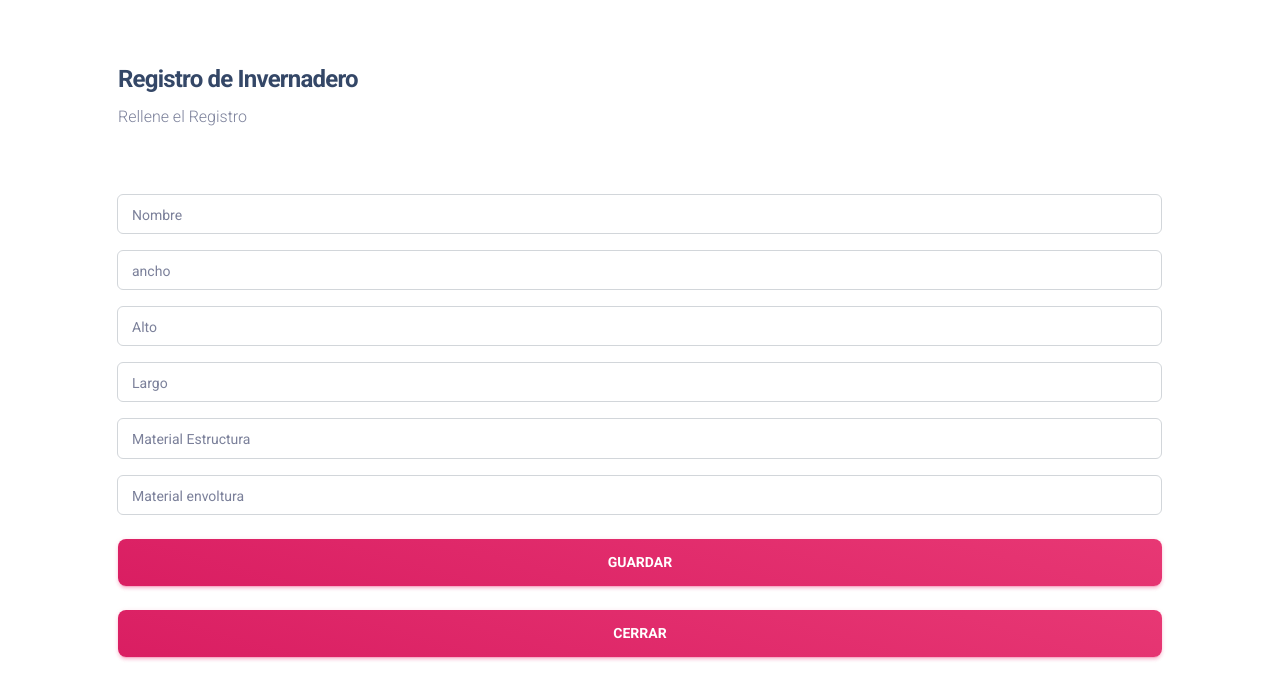
Repository: ValenciaAlmeidaVictor/sistemariego
Page: resources/views/posts/create.blade.php
The author's editor kept a copy of each file at every save. The page is drawn from the files as they stood at one save, then again after the next save.
The browser window is 1280 px wide. The pictures show the whole page.
Some web libraries are served in a nearby version. The page is served by the project's Laravel application, run on PHP 8.4 with Laravel 10. Other server files are loaded and not shown. The template is opened directly, without the code that normally fills it, so the values that code supplies are empty.

Above is the page before, as saved 2023-06-19 20:13:27.

### routes/web.php
<?php

use Illuminate\Support\Facades\Auth;
use Illuminate\Support\Facades\Route;

/*
|--------------------------------------------------------------------------
| Web Routes
|--------------------------------------------------------------------------
|
| Here is where you can register web routes for your application. These
| routes are loaded by the RouteServiceProvider and all of them will
| be assigned to the "web" middleware group. Make something great!
|
*/

Route::get('/', function () {
    return view('welcome');
});

Auth::routes();

Route::get('/home', [App\Http\Controllers\HomeController::class, 'index'])->name('home');

use App\Http\Controllers\DashboardController;
use App\Http\Controllers\ProfileController;
use App\Http\Controllers\RegisterController;
use App\Http\Controllers\SessionsController;
use App\Http\Controllers\PostController;

Route::get('/', function () {return redirect('sign-in');})->middleware('guest');
Route::get('/dashboard', [DashboardController::class, 'index'])->middleware('auth')->name('dashboard');
Route::get('sign-up', [RegisterController::class, 'create'])->middleware('guest')->name('register');
Route::post('sign-up', [RegisterController::class, 'store'])->middleware('guest');
Route::get('sign-in', [SessionsController::class, 'create'])->middleware('guest')->name('login');
Route::post('sign-in', [SessionsController::class, 'store'])->middleware('guest');
Route::post('verify', [SessionsController::class, 'show'])->middleware('guest');
Route::post('reset-password', [SessionsController::class, 'update'])->middleware('guest')->name('password.update');
Route::get('verify', function () {
	return view('sessions.password.verify');
})->middleware('guest')->name('verify');
Route::get('/reset-password/{token}', function ($token) {
	return view('sessions.password.reset', ['token' => $token]);
})->middleware('guest')->name('password.reset');

Route::post('sign-out', [SessionsController::class, 'destroy'])->middleware('auth')->name('logout');
Route::get('profile', [ProfileController::class, 'create'])->middleware('auth')->name('profile');
Route::post('user-profile', [ProfileController::class, 'update'])->middleware('auth');
Route::group(['middleware' => 'auth'], function () {
	Route::get('billing', function () {
		return view('pages.billing');
	})->name('billing');
	Route::get('tables', function () {
		return view('pages.tables');
	})->name('tables');
	Route::get('rtl', function () {
		return view('pages.rtl');
	})->name('rtl');
	Route::get('virtual-reality', function () {
		return view('pages.virtual-reality');
	})->name('virtual-reality');
	Route::get('notifications', function () {
		return view('pages.notifications');
	})->name('notifications');
	Route::get('static-sign-in', function () {
		return view('pages.static-sign-in');
	})->name('static-sign-in');
	Route::get('static-sign-up', function () {
		return view('pages.static-sign-up');
	})->name('static-sign-up');
	Route::get('user-management', function () {
		return view('pages.laravel-examples.user-management');
	})->name('user-management');
	Route::get('user-profile', function () {
		return view('pages.laravel-examples.user-profile');
	})->name('user-profile');
});


//rutas para el controlleer de las tablas del admin //

Route::group(['middleware' => 'auth'], function (){
    Route::resource('posts','App\Http\Controllers\PostController',['except'=>['show']]);
});

### resources/views/posts/create.blade.php
<x-layout bodyClass="">

        <main class="main-content  mt-0">
            <section>
                <div class="page-header min-vh-100">
                    <div class="container">
                        <div class="row">
                                <div class="card card-plain">
                                    <div class="card-header">
                                        <h4 class="font-weight-bolder">Registro de Invernadero</h4>
                                        <p class="mb-0">Rellene el Registro</p>
                                    </div>
                                    <div class="card-body">
                                        <form method="POST" action="{{ route('posts.store') }}">
                                            @csrf
                                            <div class="input-group input-group-outline mt-3">
                                                <label class="form-label">Nombre</label>
                                                <input type="text" class="form-control" name="nombre"
                                                    value="{{ old('nombre') }}">
                                            </div>
                                            @error('nombre')
                                            <p class='text-danger inputerror'>{{ $message }} </p>
                                            @enderror
                                            <div class="input-group input-group-outline mt-3">
                                                <label class="form-label">ancho</label>
                                                <input type="text" class="form-control" name="ancho"
                                                    value="{{ old('ancho') }}">
                                            </div>
                                            @error('ancho')
                                            <p class='text-danger inputerror'>{{ $message }} </p>
                                            @enderror
                                            <div class="input-group input-group-outline mt-3">
                                                <label class="form-label">Alto</label>
                                                <input type="text" class="form-control" name="alto">
                                            </div>
                                            @error('alto')
                                            <p class='text-danger inputerror'>{{ $message }} </p>
                                            @enderror
                                            <div class="input-group input-group-outline mt-3">
                                                <label class="form-label">Largo</label>
                                                <input type="text" class="form-control" name="largo">
                                            </div>
                                            @error('largo')
                                            <p class='text-danger inputerror'>{{ $message }} </p>
                                            @enderror
                                            <div class="input-group input-group-outline mt-3">
                                                <label class="form-label">Material Estructura</label>
                                                <input type="text" class="form-control" name="material_es">
                                            </div>
                                            @error('material_es')
                                            <p class='text-danger inputerror'>{{ $message }} </p>
                                            @enderror
                                            <div class="input-group input-group-outline mt-3">
                                                <label class="form-label">Material envoltura</label>
                                                <input type="text" class="form-control" name="material_env">
                                            </div>
                                            @error('material_env')
                                            <p class='text-danger inputerror'>{{ $message }} </p>
                                            @enderror
                                            <div class="text-center">
                                                <button type="submit"
                                                    class="btn btn-lg bg-gradient-primary btn-lg w-100 mt-4 mb-0">Guardar</button>
                                            <div class="text-center">
                                                <button type="submit" class="btn btn-lg bg-gradient-primary btn-lg w-100 mt-4 mb-0">Cerrar</button>
                                            </div>
                                        </form>
                                    </div>
                                </div>
                            </div>
                        </div>
                    </div>
            </section>
        </main>
    </div>
</x-layout>

### resources/views/components/layout.blade.php
<!--
=========================================================
* Material Dashboard 2 - v3.0.0
=========================================================

* Product Page: https://www.creative-tim.com/product/material-dashboard
* Copyright 2021 Creative Tim (https://www.creative-tim.com) & UPDIVISION (https://www.updivision.com)
* Licensed under MIT (https://www.creative-tim.com/license)
* Coded by www.creative-tim.com & www.updivision.com

=========================================================

* The above copyright notice and this permission notice shall be included in all copies or substantial portions of the Software.
-->
@props(['bodyClass'])
<!DOCTYPE html>
<html lang="en">

<head>
    <meta charset="utf-8" />
    <meta name="viewport" content="width=device-width, initial-scale=1, shrink-to-fit=no">

    <link rel="apple-touch-icon" sizes="76x76" href="{{ asset('assets') }}/img/apple-icon.png">
    <link rel="icon" type="image/png" href="{{ asset('assets') }}/img/favicon.png">
    <title>
        MaxAspersor Dashboard
    </title>
    <!--     Fonts and icons     -->
    <link rel="stylesheet" type="text/css"
        href="https://fonts.googleapis.com/css?family=Roboto:300,400,500,700,900|Roboto+Slab:400,700" />
    <!-- Nucleo Icons -->
    <link href="{{ asset('assets') }}/css/nucleo-icons.css" rel="stylesheet" />
    <link href="{{ asset('assets') }}/css/nucleo-svg.css" rel="stylesheet" />
    <!-- Font Awesome Icons -->
    <script src="https://kit.fontawesome.com/42d5adcbca.js" crossorigin="anonymous"></script>
    <!-- Material Icons -->
    <link href="https://fonts.googleapis.com/icon?family=Material+Icons+Round" rel="stylesheet">
    <!-- CSS Files -->
    <link id="pagestyle" href="{{ asset('assets') }}/css/material-dashboard.css?v=3.0.0" rel="stylesheet" />
</head>
<body class="{{ $bodyClass }}">

{{ $slot }}

<script src="{{ asset('assets') }}/js/core/popper.min.js"></script>
<script src="{{ asset('assets') }}/js/core/bootstrap.min.js"></script>
<script src="{{ asset('assets') }}/js/plugins/perfect-scrollbar.min.js"></script>
<script src="{{ asset('assets') }}/js/plugins/smooth-scrollbar.min.js"></script>
@stack('js')
<script>
    var win = navigator.platform.indexOf('Win') > -1;
    if (win && document.querySelector('#sidenav-scrollbar')) {
        var options = {
            damping: '0.5'
        }
        Scrollbar.init(document.querySelector('#sidenav-scrollbar'), options);
    }

</script>
<!-- Github buttons -->
<script async defer src="https://buttons.github.io/buttons.js"></script>
<!-- Control Center for Material Dashboard: parallax effects, scripts for the example pages etc -->
<script src="{{ asset('assets') }}/js/material-dashboard.min.js?v=3.0.0"></script>
</body>
</html>

### public/assets/css/nucleo-icons.css
/*--------------------------------

hermes-dashboard-icons Web Font - built using nucleoapp.com
License - nucleoapp.com/license/

-------------------------------- */
@font-face {
  font-family: 'NucleoIcons';
  src: url('../fonts/nucleo-icons.eot');
  src: url('../fonts/nucleo-icons.eot') format('embedded-opentype'), url('../fonts/nucleo-icons.woff2') format('woff2'), url('../fonts/nucleo-icons.woff') format('woff'), url('../fonts/nucleo-icons.ttf') format('truetype'), url('../fonts/nucleo-icons.svg') format('svg');
  font-weight: normal;
  font-style: normal;
}

/*------------------------
    base class definition
-------------------------*/
.ni {
  display: inline-block;
  font: normal normal normal 14px/1 NucleoIcons;
  font-size: inherit;
  text-rendering: auto;
  -webkit-font-smoothing: antialiased;
  -moz-osx-font-smoothing: grayscale;
}

/*------------------------
  change icon size
-------------------------*/
.ni-lg {
  font-size: 1.33333333em;
  line-height: 0.75em;
  vertical-align: -15%;
}

.ni-2x {
  font-size: 2em;
}

.ni-3x {
  font-size: 3em;
}

.ni-4x {
  font-size: 4em;
}

.ni-5x {
  font-size: 5em;
}

/*----------------------------------
  add a square/circle background
-----------------------------------*/
.ni.square,
.ni.circle {
  padding: 0.33333333em;
  vertical-align: -16%;
  background-color: #eee;
}

.ni.circle {
  border-radius: 50%;
}

/*------------------------
  list icons
-------------------------*/
.ni-ul {
  padding-left: 0;
  margin-left: 2.14285714em;
  list-style-type: none;
}

.ni-ul>li {
  position: relative;
}

.ni-ul>li>.ni {
  position: absolute;
  left: -1.57142857em;
  top: 0.14285714em;
  text-align: center;
}

.ni-ul>li>.ni.lg {
  top: 0;
  left: -1.35714286em;
}

.ni-ul>li>.ni.circle,
.ni-ul>li>.ni.square {
  top: -0.19047619em;
  left: -1.9047619em;
}

/*------------------------
  spinning icons
-------------------------*/
.ni.spin {
  -webkit-animation: nc-spin 2s infinite linear;
  -moz-animation: nc-spin 2s infinite linear;
  animation: nc-spin 2s infinite linear;
}

@-webkit-keyframes nc-spin {
  0% {
    -webkit-transform: rotate(0deg);
  }

  100% {
    -webkit-transform: rotate(360deg);
  }
}

@-moz-keyframes nc-spin {
  0% {
    -moz-transform: rotate(0deg);
  }

  100% {
    -moz-transform: rotate(360deg);
  }
}

@keyframes nc-spin {
  0% {
    -webkit-transform: rotate(0deg);
    -moz-transform: rotate(0deg);
    -ms-transform: rotate(0deg);
    -o-transform: rotate(0deg);
    transform: rotate(0deg);
  }

  100% {
    -webkit-transform: rotate(360deg);
    -moz-transform: rotate(360deg);
    -ms-transform: rotate(360deg);
    -o-transform: rotate(360deg);
    transform: rotate(360deg);
  }
}

/*------------------------
  rotated/flipped icons
-------------------------*/
.ni.rotate-90 {
  filter: progid:DXImageTransform.Microsoft.BasicImage(rotation=1);
  -webkit-transform: rotate(90deg);
  -moz-transform: rotate(90deg);
  -ms-transform: rotate(90deg);
  -o-transform: rotate(90deg);
  transform: rotate(90deg);
}

.ni.rotate-180 {
  filter: progid:DXImageTransform.Microsoft.BasicImage(rotation=2);
  -webkit-transform: rotate(180deg);
  -moz-transform: rotate(180deg);
  -ms-transform: rotate(180deg);
  -o-transform: rotate(180deg);
  transform: rotate(180deg);
}

.ni.rotate-270 {
  filter: progid:DXImageTransform.Microsoft.BasicImage(rotation=3);
  -webkit-transform: rotate(270deg);
  -moz-transform: rotate(270deg);
  -ms-transform: rotate(270deg);
  -o-transform: rotate(270deg);
  transform: rotate(270deg);
}

.ni.flip-y {
  filter: progid:DXImageTransform.Microsoft.BasicImage(rotation=0);
  -webkit-transform: scale(-1, 1);
  -moz-transform: scale(-1, 1);
  -ms-transform: scale(-1, 1);
  -o-transform: scale(-1, 1);
  transform: scale(-1, 1);
}

.ni.flip-x {
  filter: progid:DXImageTransform.Microsoft.BasicImage(rotation=2);
  -webkit-transform: scale(1, -1);
  -moz-transform: scale(1, -1);
  -ms-transform: scale(1, -1);
  -o-transform: scale(1, -1);
  transform: scale(1, -1);
}

/*------------------------
    font icons
-------------------------*/

.ni-active-40::before {
  content: "\ea02";
}

.ni-air-baloon::before {
  content: "\ea03";
}

.ni-album-2::before {
  content: "\ea04";
}

.ni-align-center::before {
  content: "\ea05";
}

.ni-align-left-2::before {
  content: "\ea06";
}

.ni-ambulance::before {
  content: "\ea07";
}

.ni-app::before {
  content: "\ea08";
}

.ni-archive-2::before {
  content: "\ea09";
}

.ni-atom::before {
  content: "\ea0a";
}

.ni-badge::before {
  content: "\ea0b";
}

.ni-bag-17::before {
  content: "\ea0c";
}

.ni-basket::before {
  content: "\ea0d";
}

.ni-bell-55::before {
  content: "\ea0e";
}

.ni-bold-down::before {
  content: "\ea0f";
}

.ni-bold-left::before {
  content: "\ea10";
}

.ni-bold-right::before {
  content: "\ea11";
}

.ni-bold-up::before {
  content: "\ea12";
}

.ni-bold::before {
  content: "\ea13";
}

.ni-book-bookmark::before {
  content: "\ea14";
}

.ni-books::before {
  content: "\ea15";
}

.ni-box-2::before {
  content: "\ea16";
}

.ni-briefcase-24::before {
  content: "\ea17";
}

.ni-building::before {
  content: "\ea18";
}

.ni-bulb-61::before {
  content: "\ea19";
}

.ni-bullet-list-67::before {
  content: "\ea1a";
}

.ni-bus-front-12::before {
  content: "\ea1b";
}

.ni-button-pause::before {
  content: "\ea1c";
}

.ni-button-play::before {
  content: "\ea1d";
}

.ni-button-power::before {
  content: "\ea1e";
}

.ni-calendar-grid-58::before {
  content: "\ea1f";
}

.ni-camera-compact::before {
  content: "\ea20";
}

.ni-caps-small::before {
  content: "\ea21";
}

.ni-cart::before {
  content: "\ea22";
}

.ni-chart-bar-32::before {
  content: "\ea23";
}

.ni-chart-pie-35::before {
  content: "\ea24";
}

.ni-chat-round::before {
  content: "\ea25";
}

.ni-check-bold::before {
  content: "\ea26";
}

.ni-circle-08::before {
  content: "\ea27";
}

.ni-cloud-download-95::before {
  content: "\ea28";
}

.ni-cloud-upload-96::before {
  content: "\ea29";
}

.ni-compass-04::before {
  content: "\ea2a";
}

.ni-controller::before {
  content: "\ea2b";
}

.ni-credit-card::before {
  content: "\ea2c";
}

.ni-curved-next::before {
  content: "\ea2d";
}

.ni-delivery-fast::before {
  content: "\ea2e";
}

.ni-diamond::before {
  content: "\ea2f";
}

.ni-email-83::before {
  content: "\ea30";
}

.ni-fat-add::before {
  content: "\ea31";
}

.ni-fat-delete::before {
  content: "\ea32";
}

.ni-fat-remove::before {
  content: "\ea33";
}

.ni-favourite-28::before {
  content: "\ea34";
}

.ni-folder-17::before {
  content: "\ea35";
}

.ni-glasses-2::before {
  content: "\ea36";
}

.ni-hat-3::before {
  content: "\ea37";
}

.ni-headphones::before {
  content: "\ea38";
}

.ni-html5::before {
  content: "\ea39";
}

.ni-istanbul::before {
  content: "\ea3a";
}

.ni-key-25::before {
  content: "\ea3b";
}

.ni-laptop::before {
  content: "\ea3c";
}

.ni-like-2::before {
  content: "\ea3d";
}

.ni-lock-circle-open::before {
  content: "\ea3e";
}

.ni-map-big::before {
  content: "\ea3f";
}

.ni-mobile-button::before {
  content: "\ea40";
}

.ni-money-coins::before {
  content: "\ea41";
}

.ni-note-03::before {
  content: "\ea42";
}

.ni-notification-70::before {
  content: "\ea43";
}

.ni-palette::before {
  content: "\ea44";
}

.ni-paper-diploma::before {
  content: "\ea45";
}

.ni-pin-3::before {
  content: "\ea46";
}

.ni-planet::before {
  content: "\ea47";
}

.ni-ruler-pencil::before {
  content: "\ea48";
}

.ni-satisfied::before {
  content: "\ea49";
}

.ni-scissors::before {
  content: "\ea4a";
}

.ni-send::before {
  content: "\ea4b";
}

.ni-settings-gear-65::before {
  content: "\ea4c";
}

.ni-settings::before {
  content: "\ea4d";
}

.ni-single-02::before {
  content: "\ea4e";
}

.ni-single-copy-04::before {
  content: "\ea4f";
}

.ni-sound-wave::before {
  content: "\ea50";
}

.ni-spaceship::before {
  content: "\ea51";
}

.ni-square-pin::before {
  content: "\ea52";
}

.ni-support-16::before {
  content: "\ea53";
}

.ni-tablet-button::before {
  content: "\ea54";
}

.ni-tag::before {
  content: "\ea55";
}

.ni-tie-bow::before {
  content: "\ea56";
}

.ni-time-alarm::before {
  content: "\ea57";
}

.ni-trophy::before {
  content: "\ea58";
}

.ni-tv-2::before {
  content: "\ea59";
}

.ni-umbrella-13::before {
  content: "\ea5a";
}

.ni-user-run::before {
  content: "\ea5b";
}

.ni-vector::before {
  content: "\ea5c";
}

.ni-watch-time::before {
  content: "\ea5d";
}

.ni-world::before {
  content: "\ea5e";
}

.ni-zoom-split-in::before {
  content: "\ea5f";
}

.ni-collection::before {
  content: "\ea60";
}

.ni-image::before {
  content: "\ea61";
}

.ni-shop::before {
  content: "\ea62";
}

.ni-ungroup::before {
  content: "\ea63";
}

.ni-world-2::before {
  content: "\ea64";
}

.ni-ui-04::before {
  content: "\ea65";
}


/* all icon font classes list here */

### public/assets/css/nucleo-svg.css
/* Generated using nucleoapp.com */
/* --------------------------------

Icon colors

-------------------------------- */

.icon {
  display: inline-block;
  /* icon primary color */
  color: #111111;
  height: 1em;
  width: 1em;
}

.icon use {
  /* icon secondary color - fill */
  fill: #7ea6f6;
}

.icon.icon-outline use {
  /* icon secondary color - stroke */
  stroke: #7ea6f6;
}

/* --------------------------------

Change icon size

-------------------------------- */

.icon-xs {
  height: 0.5em;
  width: 0.5em;
}

.icon-sm {
  height: 0.8em;
  width: 0.8em;
}

.icon-lg {
  height: 1.6em;
  width: 1.6em;
}

.icon-xl {
  height: 2em;
  width: 2em;
}

/* --------------------------------

Align icon and text

-------------------------------- */

.icon-text-aligner {
  /* add this class to parent element that contains icon + text */
  display: flex;
  align-items: center;
}

.icon-text-aligner .icon {
  color: inherit;
  margin-right: 0.4em;
}

.icon-text-aligner .icon use {
  color: inherit;
  fill: currentColor;
}

.icon-text-aligner .icon.icon-outline use {
  stroke: currentColor;
}

/* --------------------------------

Icon reset values - used to enable color customizations

-------------------------------- */

.icon {
  fill: currentColor;
  stroke: none;
}

.icon.icon-outline {
  fill: none;
  stroke: currentColor;
}

.icon use {
  stroke: none;
}

.icon.icon-outline use {
  fill: none;
}

/* --------------------------------

Stroke effects - Nucleo outline icons

- 16px icons -> up to 1px stroke (16px outline icons do not support stroke changes)
- 24px, 32px icons -> up to 2px stroke
- 48px, 64px icons -> up to 4px stroke

-------------------------------- */

.icon-outline.icon-stroke-1 {
  stroke-width: 1px;
}

.icon-outline.icon-stroke-2 {
  stroke-width: 2px;
}

.icon-outline.icon-stroke-3 {
  stroke-width: 3px;
}

.icon-outline.icon-stroke-4 {
  stroke-width: 4px;
}

.icon-outline.icon-stroke-1 use,
.icon-outline.icon-stroke-3 use {
  -webkit-transform: translateX(0.5px) translateY(0.5px);
  -moz-transform: translateX(0.5px) translateY(0.5px);
  -ms-transform: translateX(0.5px) translateY(0.5px);
  -o-transform: translateX(0.5px) translateY(0.5px);
  transform: translateX(0.5px) translateY(0.5px);
}

Loaded but not shown: app/Http/Controllers/Auth/ConfirmPasswordController.php (common file); app/Http/Controllers/Controller.php (common file); public/assets/css/material-dashboard.css (library); public/assets/js/core/popper.min.js (library); public/assets/js/core/bootstrap.min.js (library); public/assets/js/plugins/perfect-scrollbar.min.js (library); public/assets/js/plugins/smooth-scrollbar.min.js (library); public/assets/js/material-dashboard.min.js (library)

After the next save:
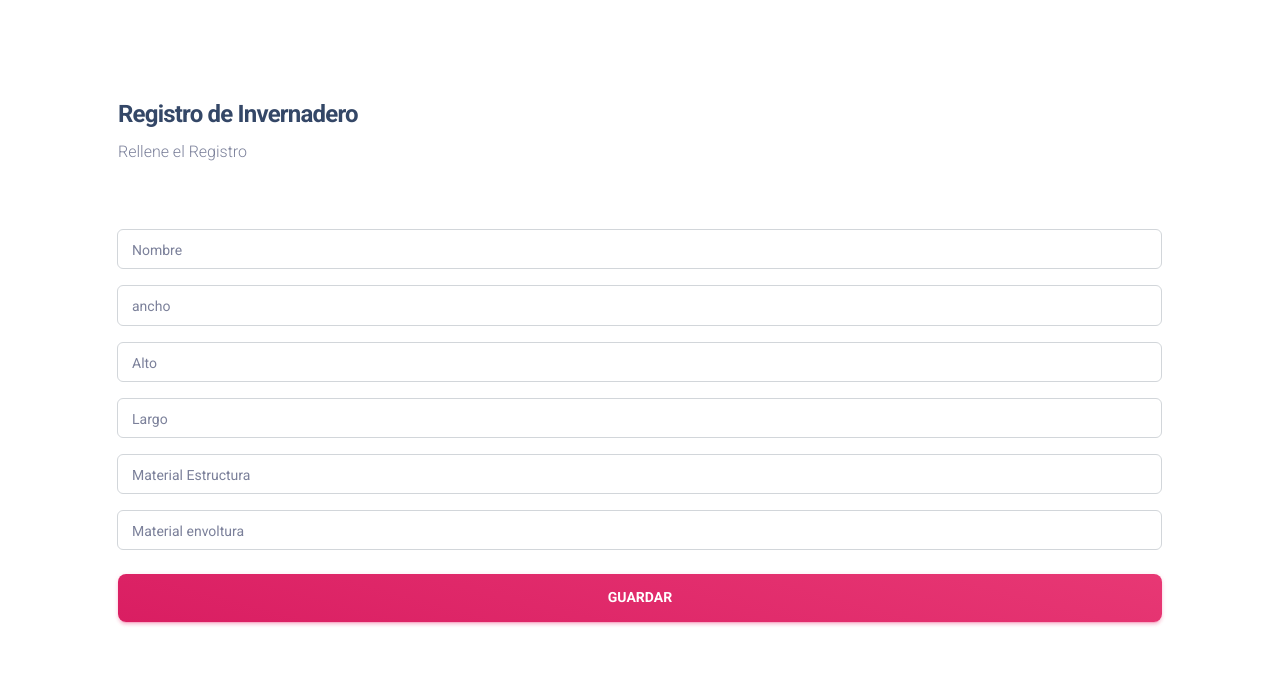
Saved 78 s later.
--- a/resources/views/posts/create.blade.php
+++ b/resources/views/posts/create.blade.php
@@ -60,8 +60,6 @@
                                             <div class="text-center">
                                                 <button type="submit"
                                                     class="btn btn-lg bg-gradient-primary btn-lg w-100 mt-4 mb-0">Guardar</button>
-                                            <div class="text-center">
-                                                <button type="submit" class="btn btn-lg bg-gradient-primary btn-lg w-100 mt-4 mb-0">Cerrar</button>
                                             </div>
                                         </form>
                                     </div>
